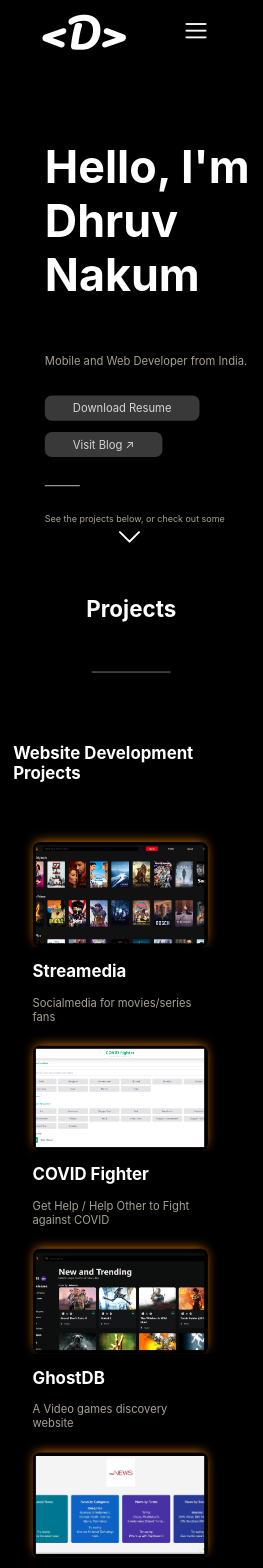
Repository: red-star25/next-portfolio
Page: /
An editor plug-in stored every save of this project. The page is shown before and after the next save, followed by the edit.
The browser window is 375 px wide. The pictures show the part of the page from y = 0 to 2240 px (the page is 10525 px tall), at 70% of full size.
The project was rebuilt for these pictures with package versions that can differ from the ones it lists, and the page was loaded fresh each time. The framework's server and built-in components were replaced by stand-ins that run in the browser.

Above is the page before, as saved 2023-11-06 11:23:52.

After the next save:
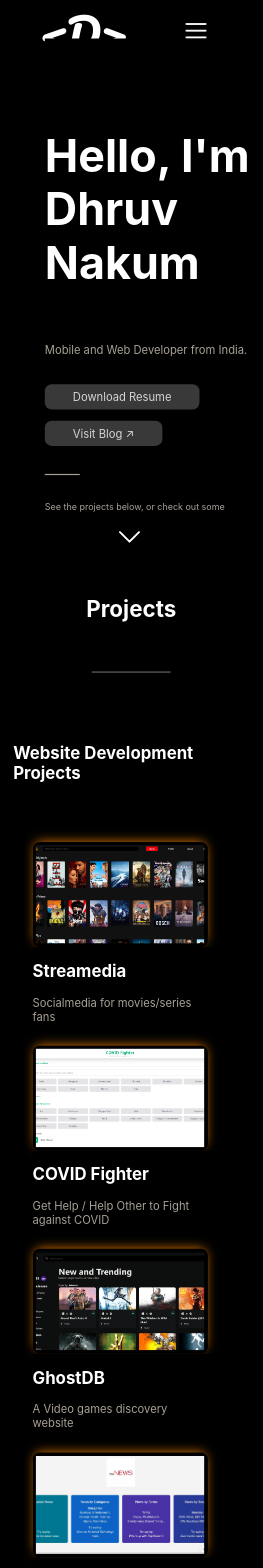
Saved 34 s later.
--- a/styles/Home.module.css
+++ b/styles/Home.module.css
@@ -88,6 +88,10 @@
     margin-top: -3em;
   }
 
+  .home__title{
+    margin-top: -2em;
+  }
+
   .home__left {
     width: 100%;
   }
